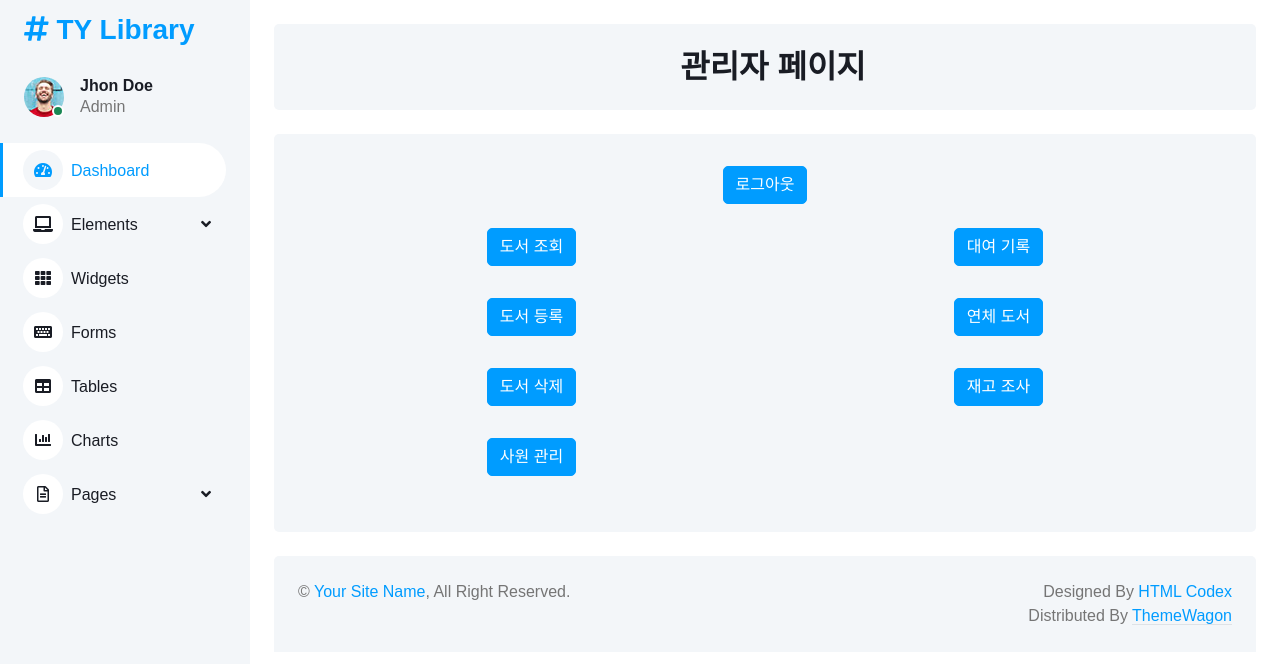
Repository: maryong2/myfirstgitproject
Page: http://localhost/library/WEB-INF/views/admin/admin-home.jsp
The author's editor kept a copy of each file at every save. The page is drawn from the files as they stood at one save, then again after the next save.
The browser window is 1280 px wide. The pictures show the whole page.
Some web fonts or font styles are not loaded; a fallback is used. Some web libraries are served in a nearby version. The page is served by Tomcat 9. Nobody is signed in. Other server files are loaded and not shown. The template is opened directly, without the code that normally fills it, so the values that code supplies are empty.

Above is the page before, as saved 2023-11-27 06:10:13.
Console error: TypeError: Cannot read properties of undefined (reading 'getContext')

### library/src/main/webapp/WEB-INF/views/admin/admin-home.jsp
<%@ page language="java" contentType="text/html; charset=UTF-8"
	pageEncoding="UTF-8"%>
<!DOCTYPE html>
<html lang="en">

<head>
<meta charset="utf-8">
<title>DASHMIN - Bootstrap Admin Template</title>
<meta content="width=device-width, initial-scale=1.0" name="viewport">
<meta content="" name="keywords">
<meta content="" name="description">

<!-- Favicon -->
<link href="img/favicon.ico" rel="icon">

<!-- Google Web Fonts -->
<link rel="preconnect" href="https://fonts.googleapis.com">
<link rel="preconnect" href="https://fonts.gstatic.com" crossorigin>
<link
	href="https://fonts.googleapis.com/css2?family=Heebo:wght@400;500;600;700&display=swap"
	rel="stylesheet">

<!-- Icon Font Stylesheet -->
<link
	href="https://cdnjs.cloudflare.com/ajax/libs/font-awesome/5.10.0/css/all.min.css"
	rel="stylesheet">
<link
	href="https://cdn.jsdelivr.net/npm/bootstrap-icons@1.4.1/font/bootstrap-icons.css"
	rel="stylesheet">

<!-- Libraries Stylesheet -->
<link href="/lib/owlcarousel/assets/owl.carousel.min.css"
	rel="stylesheet">
<link href="/lib/tempusdominus/css/tempusdominus-bootstrap-4.min.css"
	rel="stylesheet" />

<!-- Customized Bootstrap Stylesheet -->
<link href="/css/bootstrap.min.css" rel="stylesheet">

<!-- Template Stylesheet -->
<link href="/css/style.css" rel="stylesheet">
</head>

<body>
	<div class="container-xxl position-relative bg-white d-flex p-0">
		<!-- Spinner Start -->
		<div id="spinner"
			class="show bg-white position-fixed translate-middle w-100 vh-100 top-50 start-50 d-flex align-items-center justify-content-center">
			<div class="spinner-border text-primary"
				style="width: 3rem; height: 3rem;" role="status">
				<span class="sr-only">Loading...</span>
			</div>
		</div>
		<!-- Spinner End -->


		<!-- Sidebar Start -->
		<div class="sidebar pe-4 pb-3">
			<nav class="navbar bg-light navbar-light">
				<a href="/tylibrary/admin" class="navbar-brand mx-4 mb-3">
					<h3 class="text-primary">
						<i class="fa fa-hashtag me-2"></i>TY Library
					</h3>
				</a>
				<div class="d-flex align-items-center ms-4 mb-4">
					<div class="position-relative">
						<img class="rounded-circle" src="img/user.jpg" alt=""
							style="width: 40px; height: 40px;">
						<div
							class="bg-success rounded-circle border border-2 border-white position-absolute end-0 bottom-0 p-1"></div>
					</div>
					<div class="ms-3">
						<h6 class="mb-0">Jhon Doe</h6>
						<span>Admin</span>
					</div>
				</div>
				<div class="navbar-nav w-100">
					<a href="/tylibrary/admin" class="nav-item nav-link active"><i
						class="fa fa-tachometer-alt me-2"></i>Dashboard</a>
					<div class="nav-item dropdown">
						<a href="#" class="nav-link dropdown-toggle"
							data-bs-toggle="dropdown"><i class="fa fa-laptop me-2"></i>Elements</a>
						<div class="dropdown-menu bg-transparent border-0">
							<a href="button.html" class="dropdown-item">Buttons</a> <a
								href="typography.html" class="dropdown-item">Typography</a> <a
								href="element.html" class="dropdown-item">Other Elements</a>
						</div>
					</div>
					<a href="widget.html" class="nav-item nav-link"><i
						class="fa fa-th me-2"></i>Widgets</a> <a href="form.html"
						class="nav-item nav-link"><i class="fa fa-keyboard me-2"></i>Forms</a>
					<a href="table.html" class="nav-item nav-link"><i
						class="fa fa-table me-2"></i>Tables</a> <a href="chart.html"
						class="nav-item nav-link"><i class="fa fa-chart-bar me-2"></i>Charts</a>
					<div class="nav-item dropdown">
						<a href="#" class="nav-link dropdown-toggle"
							data-bs-toggle="dropdown"><i class="far fa-file-alt me-2"></i>Pages</a>
						<div class="dropdown-menu bg-transparent border-0">
							<a href="signin.html" class="dropdown-item">Sign In</a> <a
								href="signup.html" class="dropdown-item">Sign Up</a> <a
								href="404.html" class="dropdown-item">404 Error</a> <a
								href="blank.html" class="dropdown-item">Blank Page</a>
						</div>
					</div>
				</div>
			</nav>
		</div>
		<!-- Sidebar End -->


		<!-- Content Start -->
		<div class="content">
			<!-- Navbar Start -->
			<nav
				class="navbar navbar-expand bg-light navbar-light sticky-top px-4 py-0">
				<a href="/tylibrary/admin" class="navbar-brand d-flex d-lg-none me-4">
					<h2 class="text-primary mb-0">TY Library</h2>
				</a>
			</nav>
			<!-- Navbar End -->


			<!-- Sale & Revenue Start -->
			<div class="container-fluid pt-4 px-4">
				<div class="row g-4">
					<div class="col-sm-12 col-xl-12">
						<div class="bg-light text-center rounded p-4">
							<div class="ms-3">
								<h2 class="mb-0 text-center">관리자 페이지</h2>
							</div>
						</div>
					</div>
				</div>
			</div>
			<!-- Sale & Revenue End -->


			<!-- Sales Chart Start -->
			<div class="container-fluid pt-4 px-4">
				<div class="row g-4">
					<div class="col-sm-12 col-xl-12">
						<div class="bg-light text-center rounded p-4">

							<button type="button" class="btn btn-primary m-2"
												onclick="go('admin/logout')">로그아웃</button>

							<table class="table table-borderless">
								<thead>
								</thead>
								<tbody>
									<tr>
										<td>
											<button type="button" class="btn btn-primary m-2"
												onclick="go('search')">도서 조회</button>
										</td>
										<td>
											<button type="button" class="btn btn-primary m-2"
												onclick="go('admin/rent-record')">대여 기록</button>
										</td>
									</tr>
									<tr>
										<td>
											<button type="button" class="btn btn-primary m-2"
												onclick="go('admin/register-book')">도서 등록</button>
										</td>
										<td>
											<button type="button" class="btn btn-primary m-2"
												onclick="go('admin/overdue')">연체 도서</button>
										</td>
									</tr>
									<tr>

										<td>
											<button type="button" class="btn btn-primary m-2"
												onclick="go('admin/delete')">도서 삭제</button>
										</td>
										<td>
											<button type="button" class="btn btn-primary m-2"
												onclick="goPost('admin/stock-count',1)">재고 조사</button>
										</td>

									</tr>

									<tr>


										<td>
											<button type="button" class="btn btn-primary m-2"
												onclick="go('admin/user')">사원 관리</button>
										</td>

									</tr>
								</tbody>
							</table>
						</div>
					</div>
					<!-- Sales Chart End -->

				</div>
			</div>
			<!-- Footer Start -->

			<div class="container-fluid pt-4 px-4">
				<div class="bg-light rounded-top p-4">
					<div class="row">
						<div class="col-12 col-sm-6 text-center text-sm-start">
							&copy; <a href="#">Your Site Name</a>, All Right Reserved.
						</div>
						<div class="col-12 col-sm-6 text-center text-sm-end">
							<!--/*** This template is free as long as you keep the footer author’s credit link/attribution link/backlink. If you'd like to use the template without the footer author’s credit link/attribution link/backlink, you can purchase the Credit Removal License from "https://htmlcodex.com/credit-removal". Thank you for your support. ***/-->
							Designed By <a href="https://htmlcodex.com">HTML Codex</a> </br>
							Distributed By <a class="border-bottom"
								href="https://themewagon.com" target="_blank">ThemeWagon</a>
						</div>
					</div>
				</div>
			</div>
			<!-- secreat form!!!!!!!!!!!!!!!!!!!!!!!!!!!!!!!! -->
					<form id="myForm"  method="post"
						style="display: none;">
						<input id="state_input" type="hidden" name="state" value="return">
					</form>
			<!-- Footer End -->
		</div>
		<!-- Content End -->


		<!-- Back to Top -->
		<a href="#" class="btn btn-lg btn-primary btn-lg-square back-to-top"><i
			class="bi bi-arrow-up"></i></a>
	</div>
	<script type="text/javascript">
	function go(url){
		window.location.href = url;
	}
	function goPost(url,state) {
		let form = document.getElementById('myForm');
		let input = document.getElementById('state_input');
		form.action = url;
		input.value = state;
		form.submit();
	}

	</script>

	<!-- JavaScript Libraries -->
	<script src="https://code.jquery.com/jquery-3.4.1.min.js"></script>
	<script
		src="https://cdn.jsdelivr.net/npm/bootstrap@5.0.0/dist/js/bootstrap.bundle.min.js"></script>
	<script src="/lib/chart/chart.min.js"></script>
	<script src="/lib/easing/easing.min.js"></script>
	<script src="/lib/waypoints/waypoints.min.js"></script>
	<script src="/lib/owlcarousel/owl.carousel.min.js"></script>
	<script src="/lib/tempusdominus/js/moment.min.js"></script>
	<script src="/lib/tempusdominus/js/moment-timezone.min.js"></script>
	<script src="/lib/tempusdominus/js/tempusdominus-bootstrap-4.min.js"></script>

	<!-- Template Javascript -->
	<script src="/js/main.js"></script>
</body>

</html>

### library/src/main/resources/static/css/style.css
/********** Template CSS **********/
:root {
    --primary: #009CFF;
    --light: #F3F6F9;
    --dark: #191C24;
}

.back-to-top {
    position: fixed;
    display: none;
    right: 45px;
    bottom: 45px;
    z-index: 99;
}


/*** Spinner ***/
#spinner {
    opacity: 0;
    visibility: hidden;
    transition: opacity .5s ease-out, visibility 0s linear .5s;
    z-index: 99999;
}

#spinner.show {
    transition: opacity .5s ease-out, visibility 0s linear 0s;
    visibility: visible;
    opacity: 1;
}


/*** Button ***/
.btn {
    transition: .5s;
}

.btn.btn-primary {
    color: #FFFFFF;
}

.btn-square {
    width: 38px;
    height: 38px;
}

.btn-sm-square {
    width: 32px;
    height: 32px;
}

.btn-lg-square {
    width: 48px;
    height: 48px;
}

.btn-square,
.btn-sm-square,
.btn-lg-square {
    padding: 0;
    display: inline-flex;
    align-items: center;
    justify-content: center;
    font-weight: normal;
    border-radius: 50px;
}


/*** Layout ***/
.sidebar {
    position: fixed;
    top: 0;
    left: 0;
    bottom: 0;
    width: 250px;
    height: 100vh;
    overflow-y: auto;
    background: var(--light);
    transition: 0.5s;
    z-index: 999;
}

.content {
    margin-left: 250px;
    min-height: 100vh;
    background: #FFFFFF;
    transition: 0.5s;
}

@media (min-width: 992px) {
    .sidebar {
        margin-left: 0;
    }

    .sidebar.open {
        margin-left: -250px;
    }

    .content {
        width: calc(100% - 250px);
    }

    .content.open {
        width: 100%;
        margin-left: 0;
    }
}

@media (max-width: 991.98px) {
    .sidebar {
        margin-left: -250px;
    }

    .sidebar.open {
        margin-left: 0;
    }

    .content {
        width: 100%;
        margin-left: 0;
    }
}


/*** Navbar ***/
.sidebar .navbar .navbar-nav .nav-link {
    padding: 7px 20px;
    color: var(--dark);
    font-weight: 500;
    border-left: 3px solid var(--light);
    border-radius: 0 30px 30px 0;
    outline: none;
}

.sidebar .navbar .navbar-nav .nav-link:hover,
.sidebar .navbar .navbar-nav .nav-link.active {
    color: var(--primary);
    background: #FFFFFF;
    border-color: var(--primary);
}

.sidebar .navbar .navbar-nav .nav-link i {
    width: 40px;
    height: 40px;
    display: inline-flex;
    align-items: center;
    justify-content: center;
    background: #FFFFFF;
    border-radius: 40px;
}

.sidebar .navbar .navbar-nav .nav-link:hover i,
.sidebar .navbar .navbar-nav .nav-link.active i {
    background: var(--light);
}

.sidebar .navbar .dropdown-toggle::after {
    position: absolute;
    top: 15px;
    right: 15px;
    border: none;
    content: "\f107";
    font-family: "Font Awesome 5 Free";
    font-weight: 900;
    transition: .5s;
}

.sidebar .navbar .dropdown-toggle[aria-expanded=true]::after {
    transform: rotate(-180deg);
}

.sidebar .navbar .dropdown-item {
    padding-left: 25px;
    border-radius: 0 30px 30px 0;
}

.content .navbar .navbar-nav .nav-link {
    margin-left: 25px;
    padding: 12px 0;
    color: var(--dark);
    outline: none;
}

.content .navbar .navbar-nav .nav-link:hover,
.content .navbar .navbar-nav .nav-link.active {
    color: var(--primary);
}

.content .navbar .sidebar-toggler,
.content .navbar .navbar-nav .nav-link i {
    width: 40px;
    height: 40px;
    display: inline-flex;
    align-items: center;
    justify-content: center;
    background: #FFFFFF;
    border-radius: 40px;
}

.content .navbar .dropdown-toggle::after {
    margin-left: 6px;
    vertical-align: middle;
    border: none;
    content: "\f107";
    font-family: "Font Awesome 5 Free";
    font-weight: 900;
    transition: .5s;
}

.content .navbar .dropdown-toggle[aria-expanded=true]::after {
    transform: rotate(-180deg);
}

@media (max-width: 575.98px) {
    .content .navbar .navbar-nav .nav-link {
        margin-left: 15px;
    }
}


/*** Date Picker ***/
.bootstrap-datetimepicker-widget.bottom {
    top: auto !important;
}

.bootstrap-datetimepicker-widget .table * {
    border-bottom-width: 0px;
}

.bootstrap-datetimepicker-widget .table th {
    font-weight: 500;
}

.bootstrap-datetimepicker-widget.dropdown-menu {
    padding: 10px;
    border-radius: 2px;
}

.bootstrap-datetimepicker-widget table td.active,
.bootstrap-datetimepicker-widget table td.active:hover {
    background: var(--primary);
}

.bootstrap-datetimepicker-widget table td.today::before {
    border-bottom-color: var(--primary);
}


/*** Testimonial ***/
.progress .progress-bar {
    width: 0px;
    transition: 2s;
}


/*** Testimonial ***/
.testimonial-carousel .owl-dots {
    margin-top: 24px;
    display: flex;
    align-items: flex-end;
    justify-content: center;
}

.testimonial-carousel .owl-dot {
    position: relative;
    display: inline-block;
    margin: 0 5px;
    width: 15px;
    height: 15px;
    border: 5px solid var(--primary);
    border-radius: 15px;
    transition: .5s;
}

.testimonial-carousel .owl-dot.active {
    background: var(--dark);
    border-color: var(--primary);
}

### library/src/main/resources/static/js/main.js
(function ($) {
    "use strict";

    // Spinner
    var spinner = function () {
        setTimeout(function () {
            if ($('#spinner').length > 0) {
                $('#spinner').removeClass('show');
            }
        }, 1);
    };
    spinner();


    // Back to top button
    $(window).scroll(function () {
        if ($(this).scrollTop() > 300) {
            $('.back-to-top').fadeIn('slow');
        } else {
            $('.back-to-top').fadeOut('slow');
        }
    });
    $('.back-to-top').click(function () {
        $('html, body').animate({scrollTop: 0}, 1500, 'easeInOutExpo');
        return false;
    });


    // Sidebar Toggler
    $('.sidebar-toggler').click(function () {
        $('.sidebar, .content').toggleClass("open");
        return false;
    });


    // Progress Bar
    $('.pg-bar').waypoint(function () {
        $('.progress .progress-bar').each(function () {
            $(this).css("width", $(this).attr("aria-valuenow") + '%');
        });
    }, {offset: '80%'});


	function getWeekendDates(startDate, endDate) {
		var weekendDates = [];

		while (startDate <= endDate) {
			if (startDate.getDay() === 0 || startDate.getDay() === 6) {
				// 주말인 경우 날짜를 원하는 형식(예: 'YYYY/MM/DD')으로 포맷팅
				var formattedDate = startDate.getFullYear() + '/' + (startDate.getMonth() + 1) + '/' + startDate.getDate();
				weekendDates.push(formattedDate);
			}
			startDate.setDate(startDate.getDate() + 1);
		}

		return weekendDates;
	}

	function convertDay(toDay, weeks) {
		let after = new Date(toDay.getTime() + 7 * weeks * 24 * 60 * 60 * 1000);
		let year = after.getFullYear();
		let month = after.getMonth() + 1;
		let day = after.getDate();
		let ret = year + "/" + (month < 10 ? "0" : "") + month + "/" + day;
		return ret;
	}





	let toDay = new Date();
	let minday = convertDay(toDay, 2)
	var maxday = convertDay(toDay, 4);
	var weekendDatesArray = getWeekendDates(toDay, new Date(toDay.getTime() + 7 * 4 * 24 * 60 * 60 * 1000));
    // Calender
    $('#calender').datetimepicker({
        inline: true,
		format: 'Y-m-d',
		minDate: minday,
		defaultDate: minday,
		maxDate: maxday,
		locale: moment.locale("ko"),
		disabledDates: weekendDatesArray,
    });


    // Testimonials carousel
    $(".testimonial-carousel").owlCarousel({
        autoplay: true,
        smartSpeed: 1000,
        items: 1,
        dots: true,
        loop: true,
        nav : false
    });


    // Worldwide Sales Chart
    var ctx1 = $("#worldwide-sales").get(0).getContext("2d");
    var myChart1 = new Chart(ctx1, {
        type: "bar",
        data: {
            labels: ["2016", "2017", "2018", "2019", "2020", "2021", "2022"],
            datasets: [{
                    label: "USA",
                    data: [15, 30, 55, 65, 60, 80, 95],
                    backgroundColor: "rgba(0, 156, 255, .7)"
                },
                {
                    label: "UK",
                    data: [8, 35, 40, 60, 70, 55, 75],
                    backgroundColor: "rgba(0, 156, 255, .5)"
                },
                {
                    label: "AU",
                    data: [12, 25, 45, 55, 65, 70, 60],
                    backgroundColor: "rgba(0, 156, 255, .3)"
                }
            ]
            },
        options: {
            responsive: true
        }
    });


    // Salse & Revenue Chart
    var ctx2 = $("#salse-revenue").get(0).getContext("2d");
    var myChart2 = new Chart(ctx2, {
        type: "line",
        data: {
            labels: ["2016", "2017", "2018", "2019", "2020", "2021", "2022"],
            datasets: [{
                    label: "Salse",
                    data: [15, 30, 55, 45, 70, 65, 85],
                    backgroundColor: "rgba(0, 156, 255, .5)",
                    fill: true
                },
                {
                    label: "Revenue",
                    data: [99, 135, 170, 130, 190, 180, 270],
                    backgroundColor: "rgba(0, 156, 255, .3)",
                    fill: true
                }
            ]
            },
        options: {
            responsive: true
        }
    });



    // Single Line Chart
    var ctx3 = $("#line-chart").get(0).getContext("2d");
    var myChart3 = new Chart(ctx3, {
        type: "line",
        data: {
            labels: [50, 60, 70, 80, 90, 100, 110, 120, 130, 140, 150],
            datasets: [{
                label: "Salse",
                fill: false,
                backgroundColor: "rgba(0, 156, 255, .3)",
                data: [7, 8, 8, 9, 9, 9, 10, 11, 14, 14, 15]
            }]
        },
        options: {
            responsive: true
        }
    });


    // Single Bar Chart
    var ctx4 = $("#bar-chart").get(0).getContext("2d");
    var myChart4 = new Chart(ctx4, {
        type: "bar",
        data: {
            labels: ["Italy", "France", "Spain", "USA", "Argentina"],
            datasets: [{
                backgroundColor: [
                    "rgba(0, 156, 255, .7)",
                    "rgba(0, 156, 255, .6)",
                    "rgba(0, 156, 255, .5)",
                    "rgba(0, 156, 255, .4)",
                    "rgba(0, 156, 255, .3)"
                ],
                data: [55, 49, 44, 24, 15]
            }]
        },
        options: {
            responsive: true
        }
    });


    // Pie Chart
    var ctx5 = $("#pie-chart").get(0).getContext("2d");
    var myChart5 = new Chart(ctx5, {
        type: "pie",
        data: {
            labels: ["Italy", "France", "Spain", "USA", "Argentina"],
            datasets: [{
                backgroundColor: [
                    "rgba(0, 156, 255, .7)",
                    "rgba(0, 156, 255, .6)",
                    "rgba(0, 156, 255, .5)",
                    "rgba(0, 156, 255, .4)",
                    "rgba(0, 156, 255, .3)"
                ],
                data: [55, 49, 44, 24, 15]
            }]
        },
        options: {
            responsive: true
        }
    });


    // Doughnut Chart
    var ctx6 = $("#doughnut-chart").get(0).getContext("2d");
    var myChart6 = new Chart(ctx6, {
        type: "doughnut",
        data: {
            labels: ["Italy", "France", "Spain", "USA", "Argentina"],
            datasets: [{
                backgroundColor: [
                    "rgba(0, 156, 255, .7)",
                    "rgba(0, 156, 255, .6)",
                    "rgba(0, 156, 255, .5)",
                    "rgba(0, 156, 255, .4)",
                    "rgba(0, 156, 255, .3)"
                ],
                data: [55, 49, 44, 24, 15]
            }]
        },
        options: {
            responsive: true
        }
    });


})(jQuery);

Loaded but not shown: library/src/main/resources/static/lib/owlcarousel/assets/owl.carousel.min.css (common file); library/src/main/resources/static/lib/tempusdominus/css/tempusdominus-bootstrap-4.min.css (library); library/src/main/resources/static/css/bootstrap.min.css (library); library/src/main/resources/static/lib/chart/chart.min.js (library); library/src/main/resources/static/lib/easing/easing.min.js (common file); library/src/main/resources/static/lib/waypoints/waypoints.min.js (library); library/src/main/resources/static/lib/owlcarousel/owl.carousel.min.js (library); library/src/main/resources/static/lib/tempusdominus/js/moment.min.js (library); library/src/main/resources/static/lib/tempusdominus/js/moment-timezone.min.js (library); library/src/main/resources/static/lib/tempusdominus/js/tempusdominus-bootstrap-4.min.js (library)

After the next save:
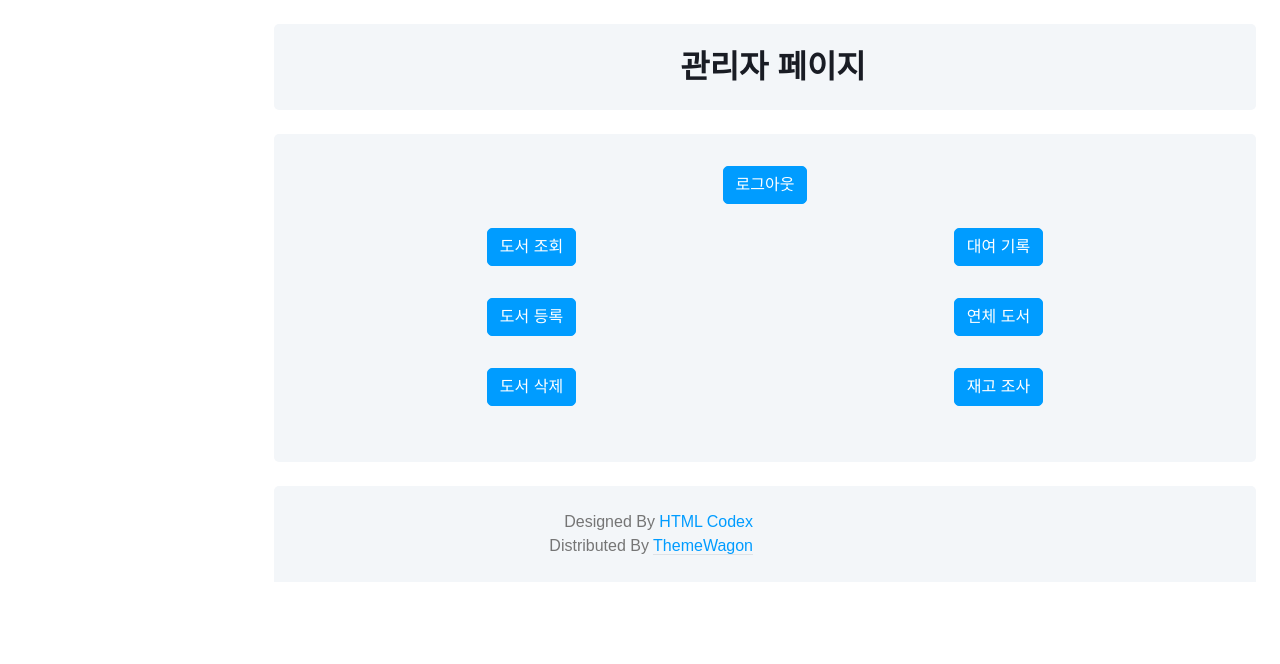
Saved 26 h 42 min later.
--- a/library/src/main/webapp/WEB-INF/views/admin/admin-home.jsp
+++ b/library/src/main/webapp/WEB-INF/views/admin/admin-home.jsp
@@ -5,7 +5,7 @@
 
 <head>
 <meta charset="utf-8">
-<title>DASHMIN - Bootstrap Admin Template</title>
+<title>관리자 페이지</title>
 <meta content="width=device-width, initial-scale=1.0" name="viewport">
 <meta content="" name="keywords">
 <meta content="" name="description">
@@ -52,60 +52,6 @@
 			</div>
 		</div>
 		<!-- Spinner End -->
-
-
-		<!-- Sidebar Start -->
-		<div class="sidebar pe-4 pb-3">
-			<nav class="navbar bg-light navbar-light">
-				<a href="/tylibrary/admin" class="navbar-brand mx-4 mb-3">
-					<h3 class="text-primary">
-						<i class="fa fa-hashtag me-2"></i>TY Library
-					</h3>
-				</a>
-				<div class="d-flex align-items-center ms-4 mb-4">
-					<div class="position-relative">
-						<img class="rounded-circle" src="img/user.jpg" alt=""
-							style="width: 40px; height: 40px;">
-						<div
-							class="bg-success rounded-circle border border-2 border-white position-absolute end-0 bottom-0 p-1"></div>
-					</div>
-					<div class="ms-3">
-						<h6 class="mb-0">Jhon Doe</h6>
-						<span>Admin</span>
-					</div>
-				</div>
-				<div class="navbar-nav w-100">
-					<a href="/tylibrary/admin" class="nav-item nav-link active"><i
-						class="fa fa-tachometer-alt me-2"></i>Dashboard</a>
-					<div class="nav-item dropdown">
-						<a href="#" class="nav-link dropdown-toggle"
-							data-bs-toggle="dropdown"><i class="fa fa-laptop me-2"></i>Elements</a>
-						<div class="dropdown-menu bg-transparent border-0">
-							<a href="button.html" class="dropdown-item">Buttons</a> <a
-								href="typography.html" class="dropdown-item">Typography</a> <a
-								href="element.html" class="dropdown-item">Other Elements</a>
-						</div>
-					</div>
-					<a href="widget.html" class="nav-item nav-link"><i
-						class="fa fa-th me-2"></i>Widgets</a> <a href="form.html"
-						class="nav-item nav-link"><i class="fa fa-keyboard me-2"></i>Forms</a>
-					<a href="table.html" class="nav-item nav-link"><i
-						class="fa fa-table me-2"></i>Tables</a> <a href="chart.html"
-						class="nav-item nav-link"><i class="fa fa-chart-bar me-2"></i>Charts</a>
-					<div class="nav-item dropdown">
-						<a href="#" class="nav-link dropdown-toggle"
-							data-bs-toggle="dropdown"><i class="far fa-file-alt me-2"></i>Pages</a>
-						<div class="dropdown-menu bg-transparent border-0">
-							<a href="signin.html" class="dropdown-item">Sign In</a> <a
-								href="signup.html" class="dropdown-item">Sign Up</a> <a
-								href="404.html" class="dropdown-item">404 Error</a> <a
-								href="blank.html" class="dropdown-item">Blank Page</a>
-						</div>
-					</div>
-				</div>
-			</nav>
-		</div>
-		<!-- Sidebar End -->
 
 
 		<!-- Content Start -->
@@ -181,15 +127,13 @@
 
 									</tr>
 
-									<tr>
-
-
+									<!-- <tr>
 										<td>
 											<button type="button" class="btn btn-primary m-2"
 												onclick="go('admin/user')">사원 관리</button>
 										</td>
 
-									</tr>
+									</tr> -->
 								</tbody>
 							</table>
 						</div>
@@ -203,9 +147,6 @@
 			<div class="container-fluid pt-4 px-4">
 				<div class="bg-light rounded-top p-4">
 					<div class="row">
-						<div class="col-12 col-sm-6 text-center text-sm-start">
-							&copy; <a href="#">Your Site Name</a>, All Right Reserved.
-						</div>
 						<div class="col-12 col-sm-6 text-center text-sm-end">
 							<!--/*** This template is free as long as you keep the footer author’s credit link/attribution link/backlink. If you'd like to use the template without the footer author’s credit link/attribution link/backlink, you can purchase the Credit Removal License from "https://htmlcodex.com/credit-removal". Thank you for your support. ***/-->
 							Designed By <a href="https://htmlcodex.com">HTML Codex</a> </br>
@@ -226,8 +167,6 @@
 
 
 		<!-- Back to Top -->
-		<a href="#" class="btn btn-lg btn-primary btn-lg-square back-to-top"><i
-			class="bi bi-arrow-up"></i></a>
 	</div>
 	<script type="text/javascript">
 	function go(url){
